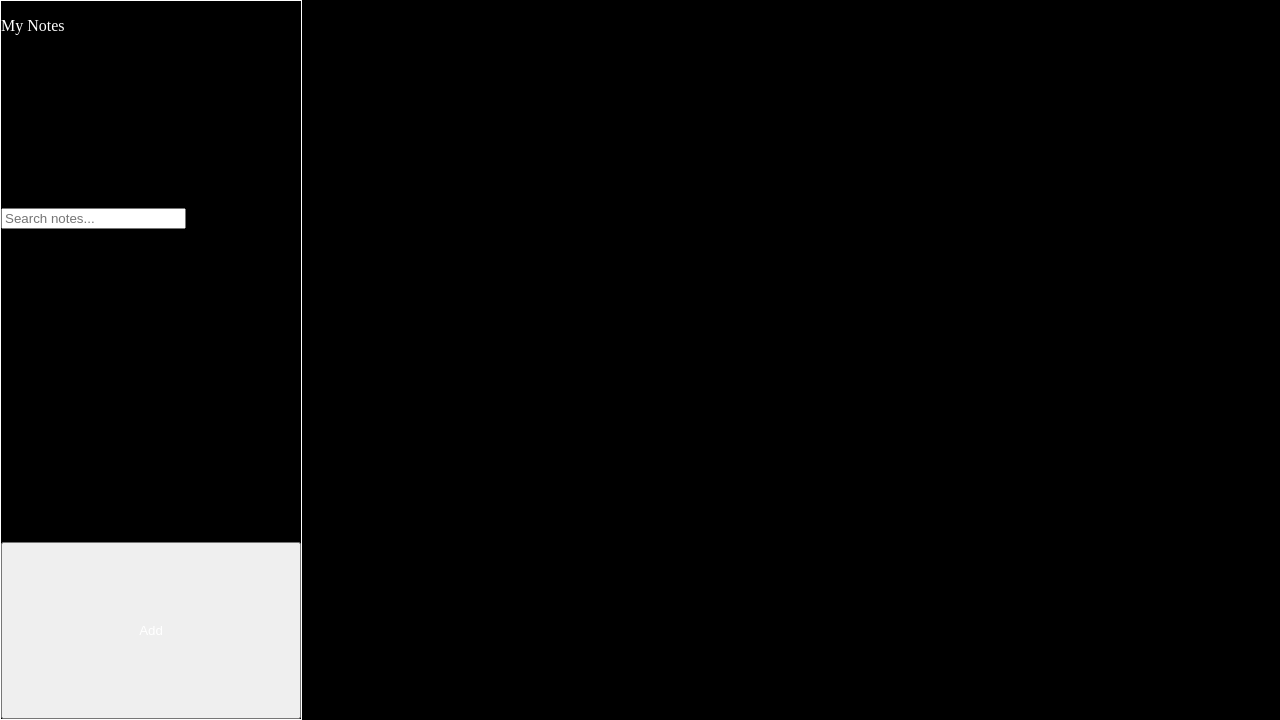
Repository: dmpelaez/myNotes
Page: QuickNotes.html
An editor plug-in stored every save of this project. The page is shown before and after the next save, followed by the edit.
The browser window is 1280 px wide. The pictures show the whole page.

Above is the page before, as saved 2025-12-18 20:35:26.

After the next save:
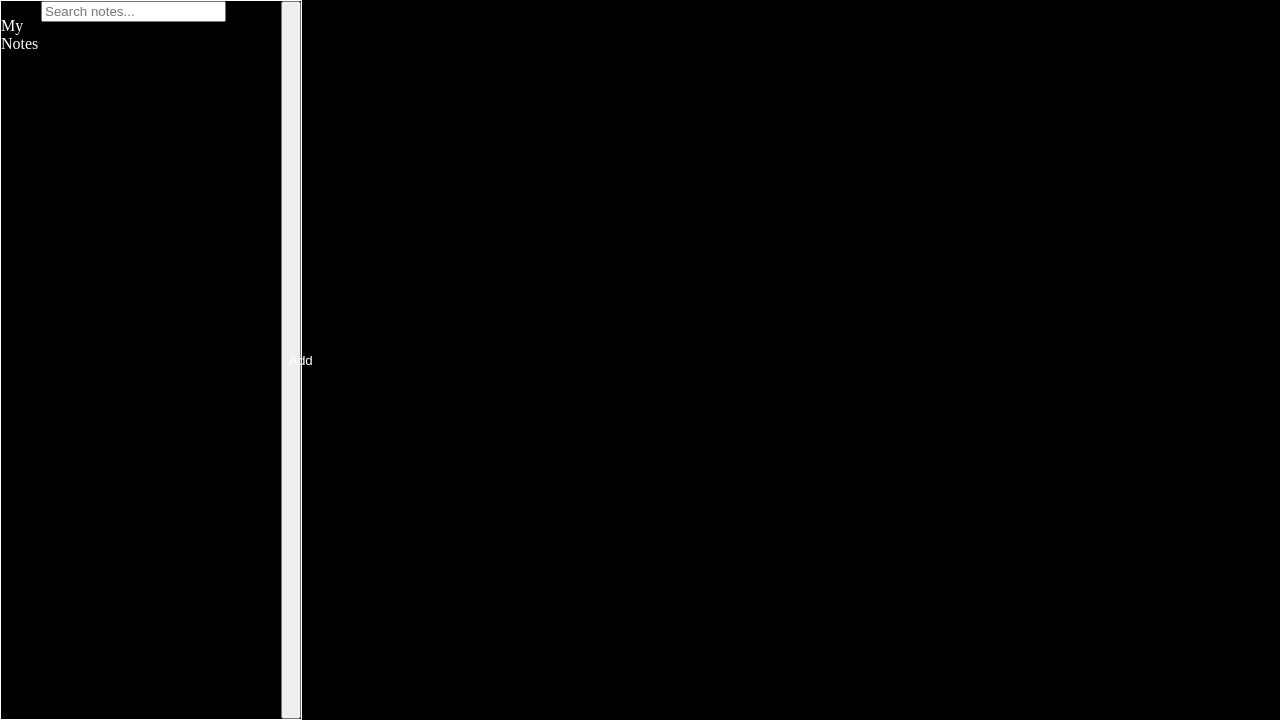
Saved 40 s later.
--- a/QuickNotes.css
+++ b/QuickNotes.css
@@ -13,6 +13,7 @@ body {
   position: fixed;
   bottom: 0;
   top: 0;
+  grid-template-columns: 40px 30px 1fr 20px;
 }
 
 .input {
